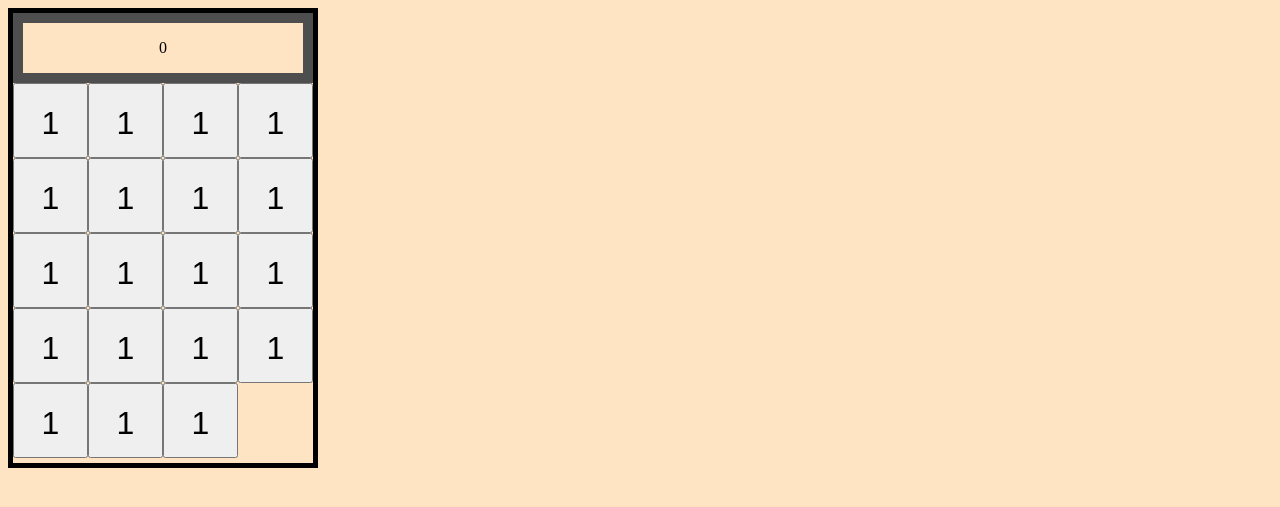
Repository: noahcallen/LAB-calculator
Page: index.html
These files come from the project's save history. The page is drawn as it stood at one moment and after the next save; the edit follows.
The browser window is 1280 px wide. The pictures show the whole page.

Above is the page before, as saved 2024-07-10 18:59:39.

### index.html
<!DOCTYPE html>
<html lang="en">
<head>
  <meta charset="UTF-8">
  <meta name="viewport" content="width=device-width, initial-scale=1.0">
  <title>Document</title>
  <link rel="stylesheet" href="main.css">
  <meta name="viewport" content="width=device-width, initial-scale=1">
</head>
<body>
  <div class="container">
    <div class="display">
      <p>0</p>
    </div>
    <div class="row">
      <div class="col">
        <button type="button" class="btn btn-primary">1</button>
      </div>
      <div class="col">
        <button type="button" class="btn btn-primary">1</button>
      </div>
      <div class="col">
        <button type="button" class="btn btn-primary">1</button>
      </div>
      <div class="col">
        <button type="button" class="btn btn-primary">1</button>
      </div>
      <div class="col">
        <button type="button" class="btn btn-primary">1</button>
      </div>
      <div class="col">
        <button type="button" class="btn btn-primary">1</button>
      </div>
      <div class="col">
        <button type="button" class="btn btn-primary">1</button>
      </div>
      <div class="col">
        <button type="button" class="btn btn-primary">1</button>
      </div>
      <div class="col">
        <button type="button" class="btn btn-primary">1</button>
      </div>
      <div class="col">
        <button type="button" class="btn btn-primary">1</button>
      </div>
      <div class="col">
        <button type="button" class="btn btn-primary">1</button>
      </div>
      <div class="col">
        <button type="button" class="btn btn-primary">1</button>
      </div>
      <div class="col">
        <button type="button" class="btn btn-primary">1</button>
      </div>
      <div class="col">
        <button type="button" class="btn btn-primary">1</button>
      </div>
      <div class="col">
        <button type="button" class="btn btn-primary">1</button>
      </div>
      <div class="col">
        <button type="button" class="btn btn-primary">1</button>
      </div>
      <div class="col">
        <button type="button" class="btn btn-primary">1</button>
      </div>
      <div class="col">
        <button type="button" class="btn btn-primary">1</button>
      </div>
      <div class="col">
        <button type="button" class="btn btn-primary">1</button>
      </div>
  </div>

  </div>



  <script src="main.js"></script>
  <!-- import js bootstrap -->
  <script src="https://cdn.jsdelivr.net/npm/bootstrap@5.3.3/dist/js/bootstrap.bundle.min.js" integrity="sha384-YvpcrYf0tY3lHB60NNkmXc5s9fDVZLESaAA55NDzOxhy9GkcIdslK1eN7N6jIeHz" crossorigin="anonymous"></script>
</body>
</html>

### main.css
body {
  background-color: bisque;
}

.display {
  border: solid 10px rgb(78, 78, 78);
}

.container {
  text-align: center;
  /* display: flex; */
  /* justify-content: space-around; */
  border: solid 5px black;
  height: 450px;
  width: 300px;
}

.btn-primary {
  display: flex;
  flex-wrap: wrap;
  justify-content: center;
  font-family: Arial, Helvetica, sans-serif;
  font-size: xx-large;
  height: 75px;
  width: 75px;
  padding: 20px;
}

.row {
  display: flex;
  flex-wrap: wrap;
}

Loaded but not shown: main.js (no stored copy; drawn as an empty file)

After the next save:
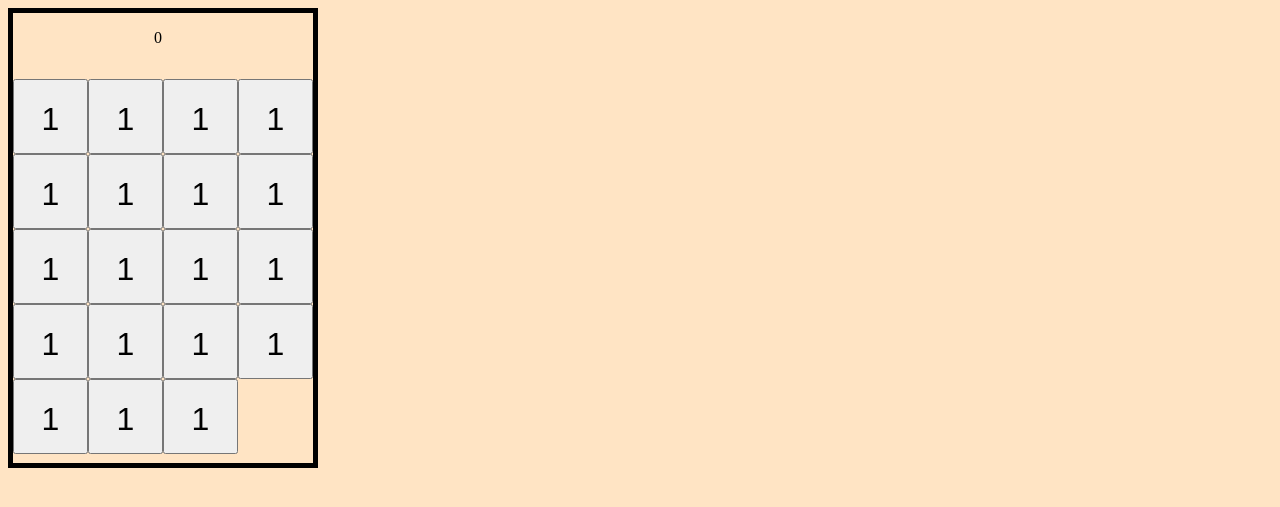
Saved 3 min 43 s later.
--- a/main.css
+++ b/main.css
@@ -3,7 +3,8 @@ body {
 }
 
 .display {
-  border: solid 10px rgb(78, 78, 78);
+  height: 50px;
+  width: 290px;
 }
 
 .container {
